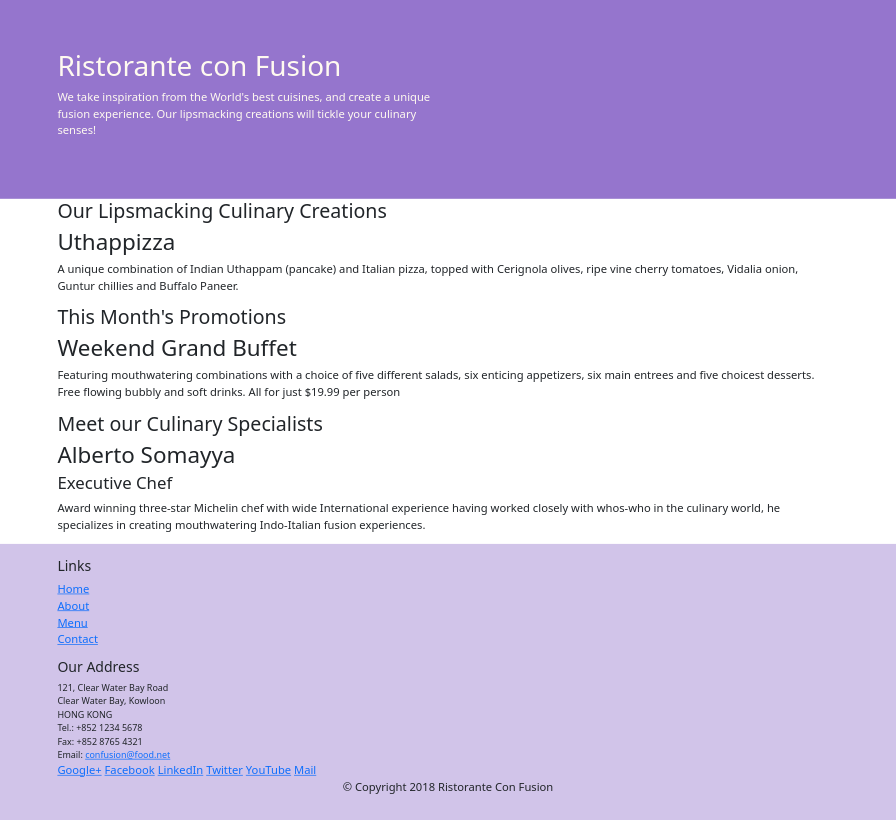
Repository: devjeremyjake/confusion
Page: index.html
These files come from the project's save history. The page is drawn as it stood at one moment and after the next save; the edit follows.
The browser window is 1280 px wide. The pictures show the whole page, at 70% of full size.
Some web libraries are served in a nearby version.

Above is the page before, as saved 2020-01-30 15:42:02.

### index.html
<!DOCTYPE html>
<html lang="en">
<head>
    <meta charset="UTF-8">
    <meta name="viewport" content="width=device-width, initial-scale=1.0">
    <meta http-equiv="X-UA-Compatible" content="ie=edge">
    <title>Ristorante Con Fusion</title>
    <link rel="stylesheet" href="node_modules/bootstrap/dist/css/bootstrap.min.css">
    <link rel="stylesheet" href="css/style.css">
</head>

<body>

   <header class="jumbotron">
        <div class="container">
            <div class="row row-header align-items-center">
                <div class="col-12 col-sm-6">
                    <h1>Ristorante con Fusion</h1>
                    <p>We take inspiration from the World's best cuisines, and create a unique fusion experience. Our lipsmacking creations will tickle your culinary senses!</p>
                </div>
                <div class="col-12 col-sm">
                </div>
            </div>
        </div>
    </header>

    <div class="container">
        <div class="row row-header align-items-center">
            <div>
                <h3>Our Lipsmacking Culinary Creations</h3>
            </div>
            <div>
                <h2>Uthappizza</h2>
                <p>A unique combination of Indian Uthappam (pancake) and Italian pizza, topped with Cerignola olives, ripe vine cherry tomatoes, Vidalia onion, Guntur chillies and Buffalo Paneer.</p>
            </div>
        </div>


        <div class="row row-header align-items-center">
            <div>
                <h3>This Month's Promotions</h3>
            </div>
            <div>
                <h2>Weekend Grand Buffet</h2>
                <p>Featuring mouthwatering combinations with a choice of five different salads, six enticing appetizers, six main entrees and five choicest desserts. Free flowing bubbly and soft drinks. All for just $19.99 per person </p>
            </div>
        </div>

        <div class="row row-header align-items-center">
            <div>
                <h3>Meet our Culinary Specialists</h3>
            </div>
            <div>
                <h2>Alberto Somayya</h2>
                <h4>Executive Chef</h4>
                <p>Award winning three-star Michelin chef with wide International experience having worked closely with whos-who in the culinary world, he specializes in creating mouthwatering Indo-Italian fusion experiences. </p>
            </div>
        </div>
    </div>

    <footer class="footer">
        <div class=" container">
            <div>
                <div>
                    <h5>Links</h5>
                    <ul class="list-unstyled">
                        <li><a href="#">Home</a></li>
                        <li><a href="#">About</a></li>
                        <li><a href="#">Menu</a></li>
                        <li><a href="#">Contact</a></li>
                    </ul>
                </div>
                <div>
                    <h5>Our Address</h5>
                    <address>
		              121, Clear Water Bay Road<br>
		              Clear Water Bay, Kowloon<br>
		              HONG KONG<br>
		              Tel.: +852 1234 5678<br>
		              Fax: +852 8765 4321<br>
		              Email: <a href="mailto:confusion@food.net">confusion@food.net</a>
		           </address>
                </div>
                <div class="col-12 col-sm-4 align-self-center">
                    <div >
                        <a href="http://google.com/+">Google+</a>
                        <a href="http://www.facebook.com/profile.php?id=">Facebook</a>
                        <a href="http://www.linkedin.com/in/">LinkedIn</a>
                        <a href="http://twitter.com/">Twitter</a>
                        <a href="http://youtube.com/">YouTube</a>
                        <a href="mailto:">Mail</a>
                    </div>
                </div>
           </div>
           <div class="row justify-content-center">
                <div class="col-auto">
                    <p>© Copyright 2018 Ristorante Con Fusion</p>
                </div>
           </div>
        </div>
    </footer>

    <script src="node_modules/jquery/dist/jquery.slim.min.js"></script>
    <script src="node_modules/popper.js/dist/umd/popper.min.js"></script>
    <script src="node_modules/bootstrap/dist/js/bootstrap.min.js"></script>
</body>

</html>

### css/style.css
.row-header {
    margin: px auto;
    padding: 0px;
}

.row-content {
    margin: 0px auto;
    padding: 50px 0px 50px 0px;
    border-bottom: 1px ridge;
    min-height: 400px;
}

.footer {
    background-color: #D1C4E9;
    margin: 0px auto;
    padding: 20px 0px 20px 0px;
}

.jumbotron {
    padding: 70px 30px 70px 30px;
    margin: 0px auto;
    background: #9575CD;
    color: floralwhite;
}

address {
    font-size: 80%;
    margin: 0px;
}

After the next save:
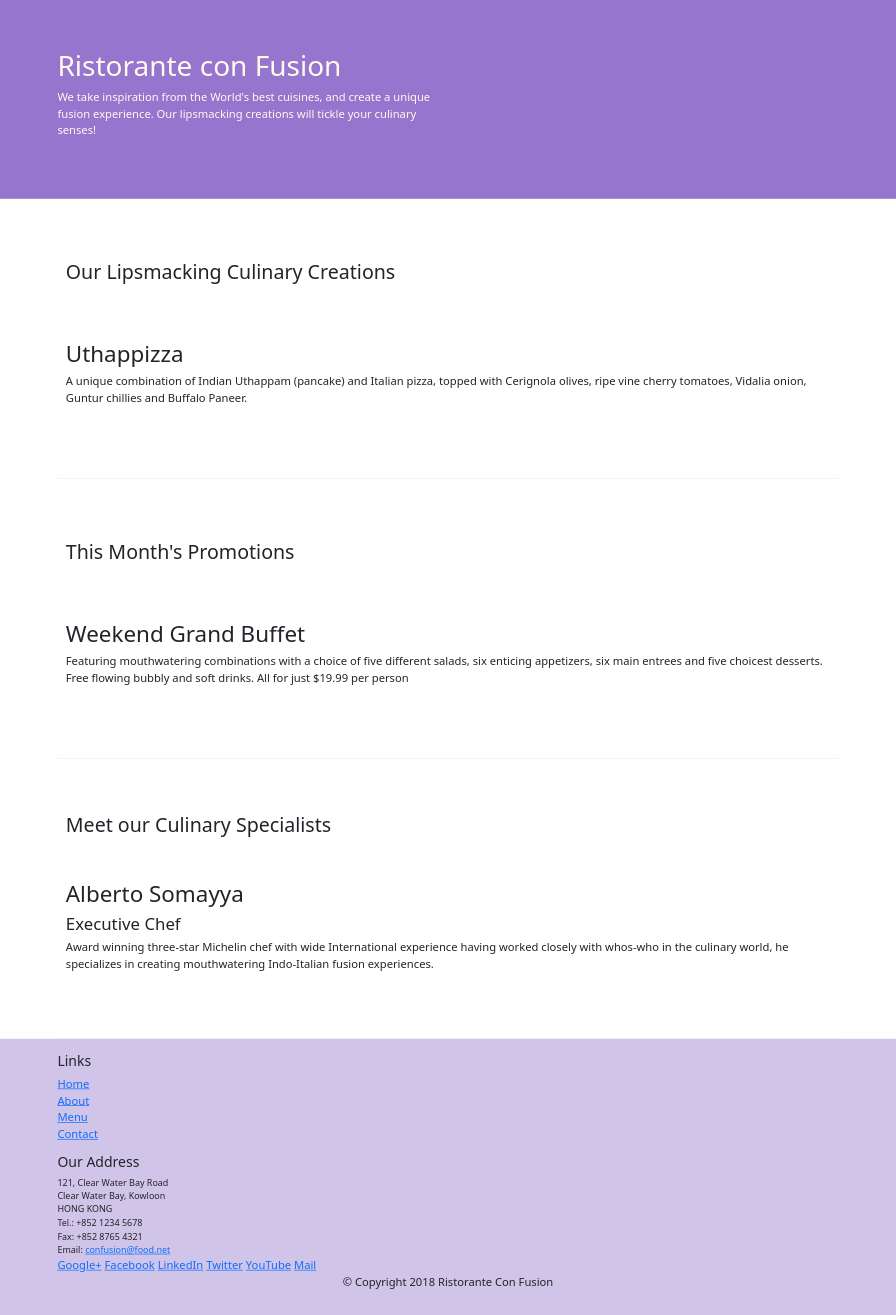
Saved 70 s later.
--- a/index.html
+++ b/index.html
@@ -25,7 +25,7 @@
     </header>
 
     <div class="container">
-        <div class="row row-header align-items-center">
+        <div class="row row-content align-items-center">
             <div>
                 <h3>Our Lipsmacking Culinary Creations</h3>
             </div>
@@ -36,7 +36,7 @@
         </div>
 
 
-        <div class="row row-header align-items-center">
+        <div class="row row-content align-items-center">
             <div>
                 <h3>This Month's Promotions</h3>
             </div>
@@ -46,7 +46,7 @@
             </div>
         </div>
 
-        <div class="row row-header align-items-center">
+        <div class="row row-content align-items-center">
             <div>
                 <h3>Meet our Culinary Specialists</h3>
             </div>
